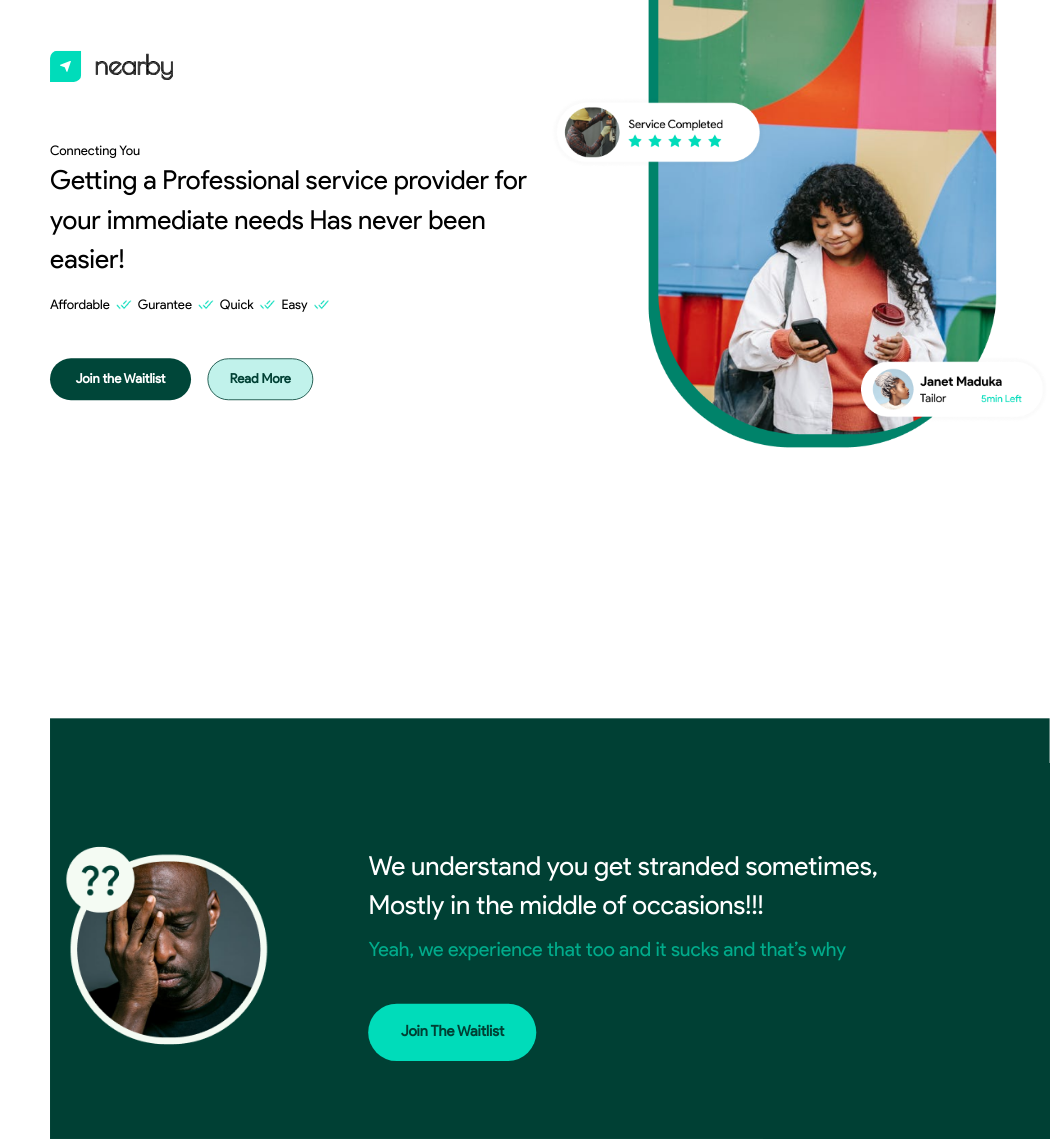
Repository: Eugene44-hub/Mearby
Page: /
The author's editor kept a copy of each file at every save. The page is drawn from the files as they stood at one save, then again after the next save.
The browser window is 1280 px wide. The pictures show the whole page, at 82% of full size.
The project was rebuilt for these pictures with package versions that can differ from the ones it lists, and the page was loaded fresh each time.

Above is the page before, as saved 2022-04-30 07:25:04.

After the next save:
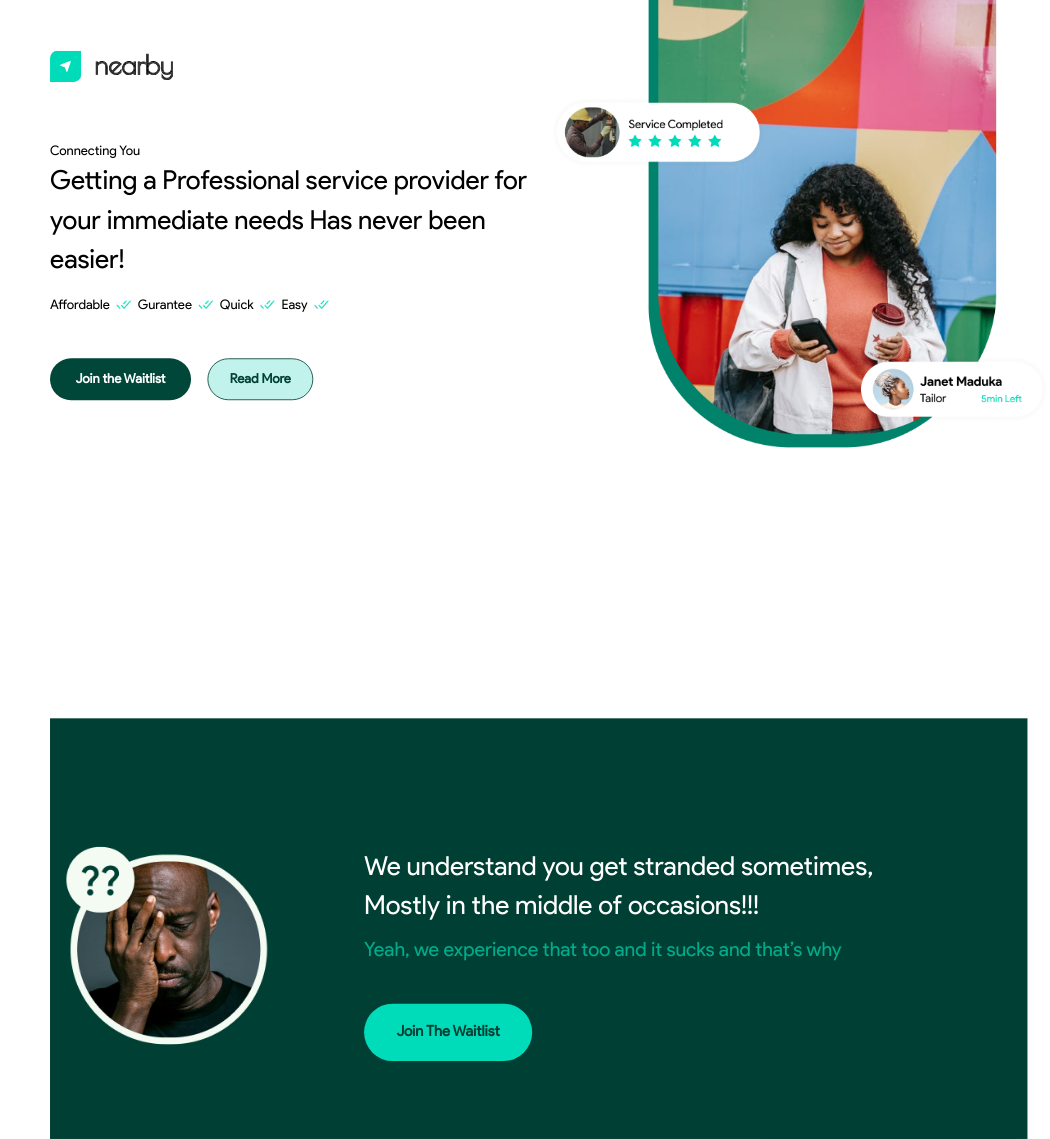
Saved 4 s later.
--- a/src/components/understand/Understand.tsx
+++ b/src/components/understand/Understand.tsx
@@ -3,7 +3,7 @@ import understand from "../../assets/images/understand.png"
 import WaitLight from "../../components/Buttons/WaitLight"
 const Understand = () => {
   return (
-    <div className='container pl-[61px] pr-[]'>
+    <div className='container pl-[61px] pr-[27px]'>
  <div className='bg-[#004034] px-5 pt-[9.75rem] md:flex justify-center  relative mt-[20rem]'>
 
 <img src={understand} className=" absolute block md:hidden translate-x-[-50%] left-[50%] top-[-20%]" alt="understand" />
